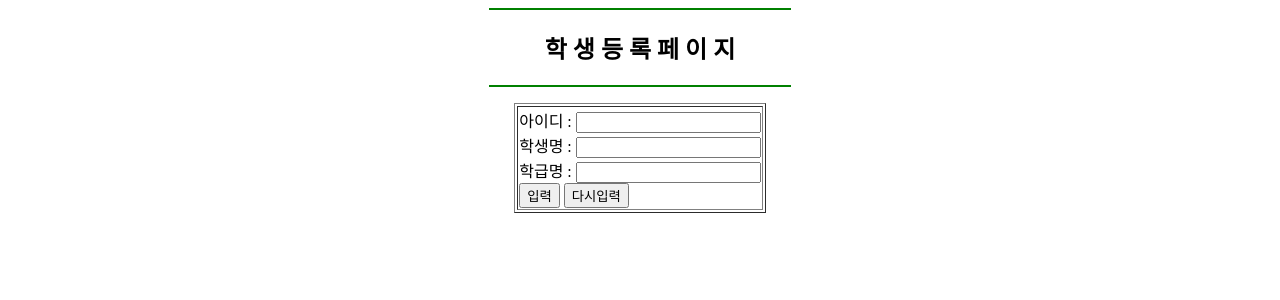
Repository: sungeunbyeol/Nowon-ezen-jsp
Page: http://localhost/myHome/student.jsp
These files come from the project's save history. The page is drawn as it stood at one moment and after the next save; the edit follows.
The browser window is 1280 px wide. The pictures show the whole page.
The page is served by Tomcat 9.

Above is the page before, as saved 2021-11-03 02:42:53.

After the next save:
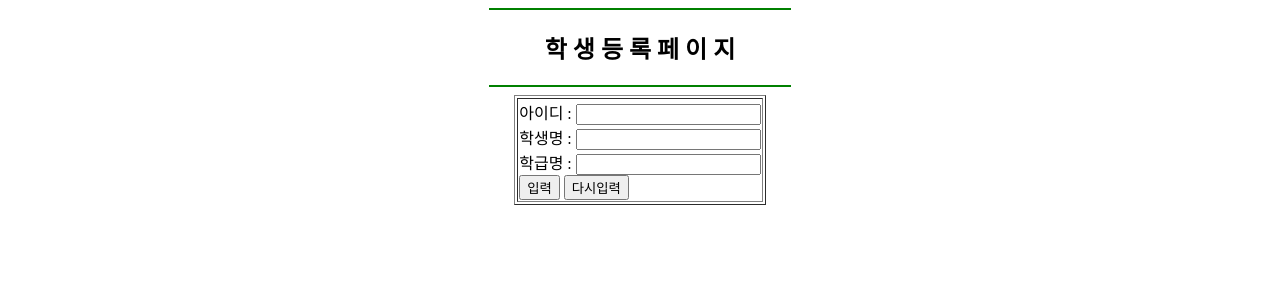
Saved 20 s later.
--- a/myHome/WebContent/student.jsp
+++ b/myHome/WebContent/student.jsp
@@ -11,7 +11,7 @@
 		<hr color="green" width="300">
 		<h2>학 생 등 록 페 이 지</h2>
 		<hr color="green" width="300">
-		<form name="f" action="insert.jsp" method="post"></form>
+		<form name="f" action="insert.jsp" method="post">
 			<table border="1">
 				<tr>
 					<td>
@@ -23,6 +23,7 @@
 					</td>
 				</tr>
 			</table>
+		</form>
 	</div>
 </body>
 </html>
